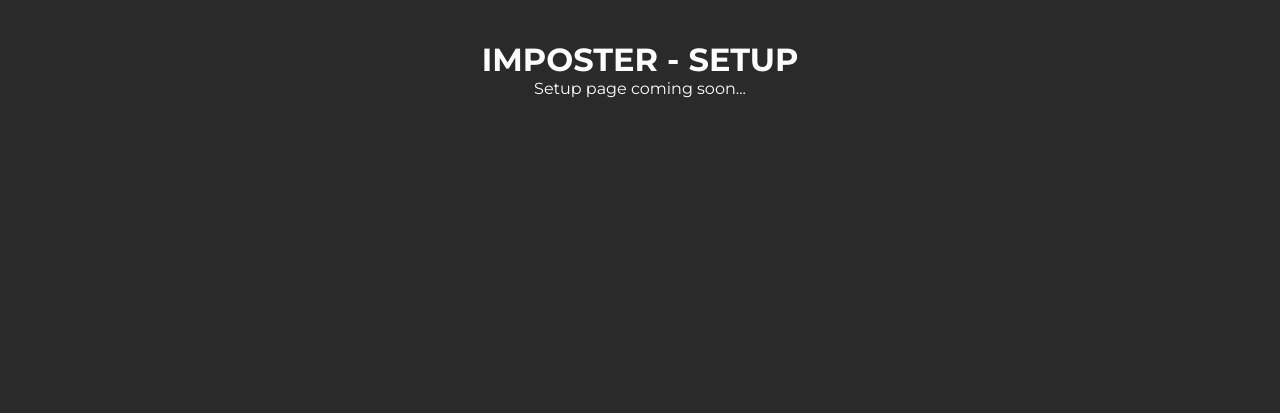
Repository: nfemmanuel/game-night-app
Page: /imposter-setup
The author's editor kept a copy of each file at every save. The page is drawn from the files as they stood at one save, then again after the next save.
The browser window is 1280 px wide. The pictures show the whole page.
The project was rebuilt for these pictures with package versions that can differ from the ones it lists, and the page was loaded fresh each time. Also part of the build but not shown: src/components/GameCard.module.css, src/components/GameCard.jsx, src/pages/LandingPage.jsx.

Above is the page before, as saved 2025-12-31 16:55:03.

### public/index.html
<!DOCTYPE html>
<html lang="en">
  <head>
    <meta charset="utf-8" />
    <link rel="icon" href="%PUBLIC_URL%/favicon.ico" />
    <link rel="preconnect" href="https://fonts.googleapis.com">
    <link rel="preconnect" href="https://fonts.gstatic.com" crossorigin>
    <link href="https://fonts.googleapis.com/css2?family=Montserrat:wght@400;600;700&display=swap" rel="stylesheet">
    <meta name="viewport" content="width=device-width, initial-scale=1" />
    <meta name="theme-color" content="#000000" />
    <meta
      name="description"
      content="Web site created using create-react-app"
    />
    <link rel="apple-touch-icon" href="%PUBLIC_URL%/logo192.png" />
    <!--
      manifest.json provides metadata used when your web app is installed on a
      user's mobile device or desktop. See https://developers.google.com/web/fundamentals/web-app-manifest/
    -->
    <link rel="manifest" href="%PUBLIC_URL%/manifest.json" />
    <!--
      Notice the use of %PUBLIC_URL% in the tags above.
      It will be replaced with the URL of the `public` folder during the build.
      Only files inside the `public` folder can be referenced from the HTML.

      Unlike "/favicon.ico" or "favicon.ico", "%PUBLIC_URL%/favicon.ico" will
      work correctly both with client-side routing and a non-root public URL.
      Learn how to configure a non-root public URL by running `npm run build`.
    -->
    <title>React App</title>
  </head>
  <body>
    <noscript>You need to enable JavaScript to run this app.</noscript>
    <div id="root"></div>
    <!--
      This HTML file is a template.
      If you open it directly in the browser, you will see an empty page.

      You can add webfonts, meta tags, or analytics to this file.
      The build step will place the bundled scripts into the <body> tag.

      To begin the development, run `npm start` or `yarn start`.
      To create a production bundle, use `npm run build` or `yarn build`.
    -->
  </body>
</html>

### src/App.js
import { BrowserRouter, Routes, Route } from 'react-router-dom';
import './styles/global.css';
import LandingPage from './pages/LandingPage';
import ImposterSetup from './pages/ImposterSetup';

function App() {
  return (
    <BrowserRouter>
      <Routes>
        <Route path="/" element={<LandingPage />} />
        <Route path="/imposter-setup" element={<ImposterSetup />} />
      </Routes>
    </BrowserRouter>
  );
}

export default App;

### src/styles/global.css
* {
    margin: 0;
    padding: 0;
    box-sizing: border-box;
}

body {
    font-family: 'Montserrat',
        'Helvetica Neue',
        'Arial',
        sans-serif;
    background-color: rgb(42, 42, 42);
    color: white;
    overflow: hidden;
}

button {
    cursor: pointer;
    border: none;
    border-radius: 5px;
    font-family: inherit;
    font-size: 1rem;
    padding: 10px 20px;
}

### src/pages/ImposterSetup.jsx
function ImposterSetup() {
    return (
        <div style={{ padding: '40px', textAlign: 'center' }}>
            <h1>IMPOSTER - SETUP</h1>
            <p>Setup page coming soon...</p>
        </div>
    );
}

export default ImposterSetup;

Loaded but not shown: src/index.js (common file); src/index.css (common file); src/reportWebVitals.js (common file)

After the next save:
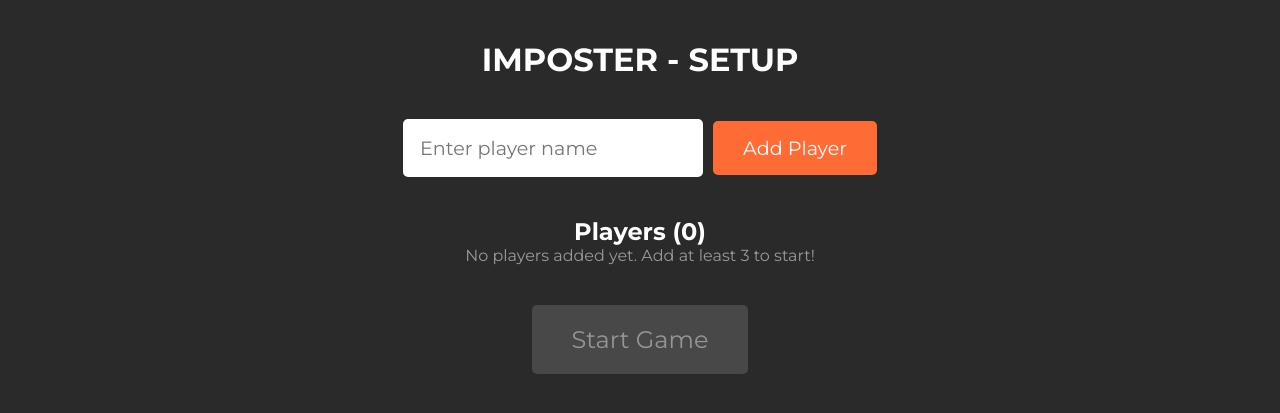
Saved 15 s later.
--- a/src/pages/ImposterSetup.jsx
+++ b/src/pages/ImposterSetup.jsx
@@ -1,8 +1,95 @@
+import { useState } from 'react';
+import { useNavigate } from 'react-router-dom';
+
 function ImposterSetup() {
+    const [playerName, setPlayerName] = useState('');
+    const [players, setPlayers] = useState([]);
+    const navigate = useNavigate();
+
+    const addPlayer = () => {
+        if (playerName.trim() && !players.includes(playerName.trim())) {
+            setPlayers([...players, playerName.trim()]);
+            setPlayerName('');
+        }
+    };
+
+    const handleKeyPress = (e) => {
+        if (e.key === 'Enter') {
+            addPlayer();
+        }
+    };
+
+    const startGame = () => {
+        // Navigate to reveal screen with game data
+        navigate('/imposter-reveal', {
+            state: { players }
+        });
+    };
+
     return (
-        <div style={{ padding: '40px', textAlign: 'center' }}>
+        <div style={{ padding: '40px', textAlign: 'center', maxWidth: '600px', margin: '0 auto' }}>
             <h1>IMPOSTER - SETUP</h1>
-            <p>Setup page coming soon...</p>
+
+            <div style={{ marginTop: '40px' }}>
+                <input
+                    type="text"
+                    value={playerName}
+                    onChange={(e) => setPlayerName(e.target.value)}
+                    onKeyPress={handleKeyPress}
+                    placeholder="Enter player name"
+                    style={{
+                        padding: '15px',
+                        fontSize: '1.2rem',
+                        borderRadius: '5px',
+                        border: '2px solid white',
+                        width: '300px',
+                        marginRight: '10px',
+                        fontFamily: 'inherit'
+                    }}
+                />
+                <button
+                    onClick={addPlayer}
+                    style={{
+                        padding: '15px 30px',
+                        fontSize: '1.2rem',
+                        backgroundColor: '#FF6B35',
+                        color: 'white'
+                    }}
+                >
+                    Add Player
+                </button>
+            </div>
+
+            <div style={{ marginTop: '40px' }}>
+                <h2>Players ({players.length})</h2>
+                {players.length === 0 ? (
+                    <p style={{ color: '#999' }}>No players added yet. Add at least 3 to start!</p>
+                ) : (
+                    <ul style={{ listStyle: 'none', padding: 0 }}>
+                        {players.map((player, index) => (
+                            <li key={index} style={{ fontSize: '1.5rem', margin: '10px 0' }}>
+                                {index + 1}. {player}
+                            </li>
+                        ))}
+                    </ul>
+                )}
+            </div>
+
+            <button
+                onClick={startGame}
+                disabled={players.length < 3}
+                style={{
+                    marginTop: '40px',
+                    padding: '20px 40px',
+                    fontSize: '1.5rem',
+                    backgroundColor: players.length >= 3 ? '#4A90E2' : '#666',
+                    color: 'white',
+                    cursor: players.length >= 3 ? 'pointer' : 'not-allowed',
+                    opacity: players.length >= 3 ? 1 : 0.5
+                }}
+            >
+                Start Game
+            </button>
         </div>
     );
 }
